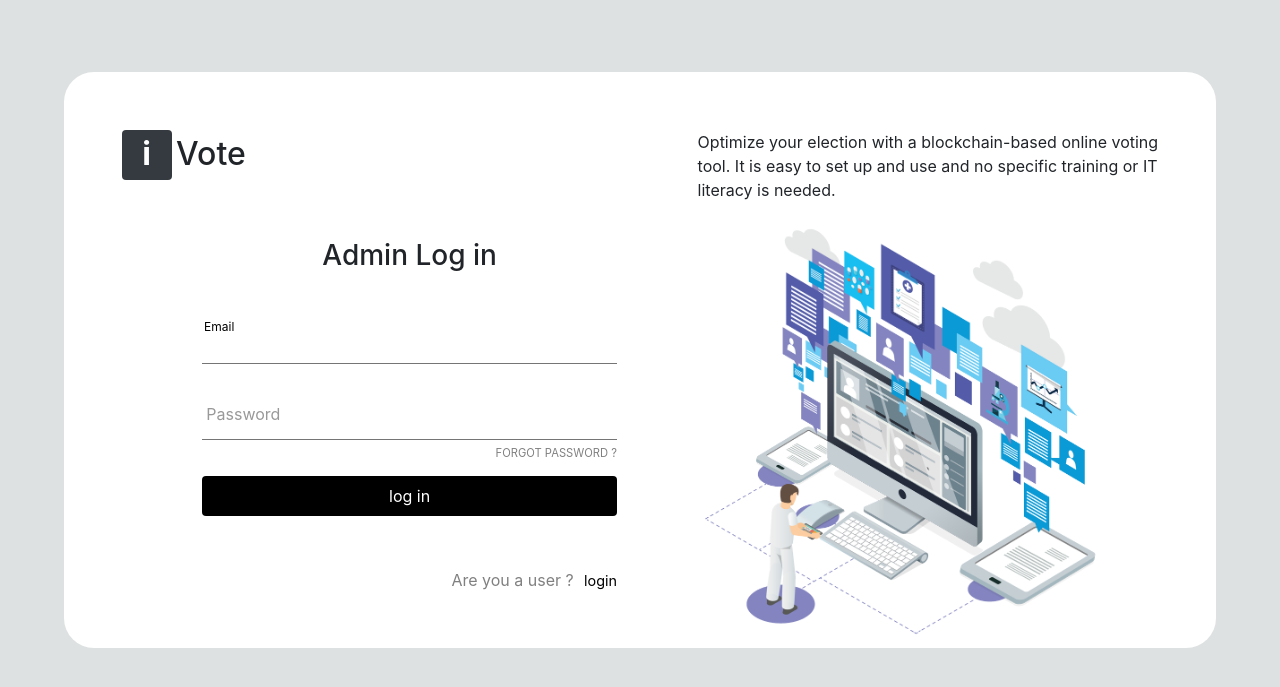
Repository: CS699-IITB-Autumn-2021/project-alpha_team
Page: http://localhost/Login.html
An editor plug-in stored every save of this project. The page is shown before and after the next save, followed by the edit.
The browser window is 1280 px wide. The pictures show the whole page.
Some web libraries are served in a nearby version. The page is served by the project's application, run on Flask 3 (app.py). Other server files are loaded and not shown.

Above is the page before, as saved 2021-10-26 18:25:10.

### IVote/templates/Login.html
<!DOCTYPE html>
<!DOCTYPE html>
<html lang="en">
<head>
    <meta charset="UTF-8">
    <meta http-equiv="X-UA-Compatible" content="IE=edge">
    <meta name="viewport" content="width=device-width, initial-scale=1.0">
    <title>adminlogin</title>

    <link rel="stylesheet" href="static/css/style1.css">
    <link rel="stylesheet" href="https://maxcdn.bootstrapcdn.com/bootstrap/4.0.0/css/bootstrap.min.css" integrity="sha384-Gn5384xqQ1aoWXA+058RXPxPg6fy4IWvTNh0E263XmFcJlSAwiGgFAW/dAiS6JXm" crossorigin="anonymous">
</head>
<body class="grey-bg">
    <div class="container">
        <div id="outside-box" class=" position-absolute white-bg w-90 h-80 t-10 l-5 b-rad-30p">
            <div id="inside-box-left" class=" position-absolute w-50 h-80 t-2 l-2 ">
                <div class=" ">
                    <div id="i-logo" class=" t-a-c bg-dark w-2 h-2 b-rad-5p d-inline-block pad-t-2px">
                        <h2 class="font-weight-bold font-w"> i</h2>
                    </div>
                    <div class=" l-2 d-inline-block">
                        <h2>Vote</h2>
                    </div>
                </div>
                <div class="t-a-c pad-5 pad-t-10">
                    <h3 class="">Admin Log in</h3>
                    <form class="login-form" action="/Login.html" method="POST">
                        <div class="group">
                            <input type="text" name="email" class="highlight mb-9" autocomplete="off" autofocus required/>
                            <label class="floating-label">Email</label>
                        </div>
                        <div class="group">
                            <input type="password"  name="password" class="highlight  mt-2"  autocomplete="off" autofocus required />
                            <label class="floating-label">Password</label>
                        </div>
                        <a href="forgotPassword.html" class="forgot-pass ">forgot password ?</a>
                        <button type="submit" class="user-login-button w-100 black-bg font-w h-20 b-rad-5p ">
                            log in
                        </button>
                    </form>

                    <div class="admin-user w-100 text-al" >
                        <span class="font-g fw-400 f-r">
                            Are you a user ?<a href="/" class="change-home">login</a>
                        </span>


                    </div>

                </div>
            </div>
            <div id="inside-box-right" class=" position-absolute w-50 h-100 l-55  b-tb-rad-30p">
                <div class=" pad-t-10 pad-lr-10">
                    <p>
                        Optimize your election with a blockchain-based online voting tool. It is easy to set up and use and no specific training or IT literacy is needed.

                    </p>

                </div>
                <div class="h-50">
                    <img src="static/pngwing.com.png" alt="" class="b-tb-rad-30p" style="max-width: 70%;
                min-height: auto; margin-left: 10%; margin-top:1%;  ">
                </div>


            </div>
        </div>

      </div>


    <script src="https://code.jquery.com/jquery-3.2.1.slim.min.js" integrity="sha384-KJ3o2DKtIkvYIK3UENzmM7KCkRr/rE9/Qpg6aAZGJwFDMVNA/GpGFF93hXpG5KkN" crossorigin="anonymous"></script>
    <script src="https://cdnjs.cloudflare.com/ajax/libs/popper.js/1.12.9/umd/popper.min.js" integrity="sha384-ApNbgh9B+Y1QKtv3Rn7W3mgPxhU9K/ScQsAP7hUibX39j7fakFPskvXusvfa0b4Q" crossorigin="anonymous"></script>
    <script src="https://maxcdn.bootstrapcdn.com/bootstrap/4.0.0/js/bootstrap.min.js" integrity="sha384-JZR6Spejh4U02d8jOt6vLEHfe/JQGiRRSQQxSfFWpi1MquVdAyjUar5+76PVCmYl" crossorigin="anonymous"></script>
</body>
</html>

### IVote/app.py
from posixpath import lexists
import re
import sqlite3
import random
import os.path
from flask import Flask, render_template, request,redirect,session
from flask.helpers import url_for
from datetime import date
from datetime import datetime
from pathlib import Path
from werkzeug.utils import redirect
from generateResult import generateResults
from blockchainImp import Block


app = Flask(__name__)
app.secret_key="ivote"

conn = sqlite3.connect("ivote.db")
c = conn.cursor()

c.execute("CREATE TABLE IF NOT EXISTS Voters(name TEXT,email TEXT,cardno TEXT,password TEXT,voted TEXT)")
c.execute("CREATE TABLE IF NOT EXISTS admin(email TEXT,password TEXT)")
c.execute("CREATE TABLE IF NOT EXISTS election(electionid INTEGER,topic TEXT,startdate TEXT,enddate TEXT,numcand INTEGER,ended Text)")
c.execute("CREATE TABLE IF NOT EXISTS candidate(name TEXT,electionid INTEGER,candidateid TEXT,age INTEGER,mobno INTEGER,email TEXT)")
c.execute("CREATE TABLE IF NOT EXISTS result(election_id Text,cand_id Text, noofvotes Number)")
c.execute("SELECT electionid FROM election")
r = c.fetchall()
for i in r:
    fle = Path("static/blockchain/"+str(i[0])+".txt")
    c.execute("CREATE TABLE IF NOT EXISTS election"+str(i[0])+"(secret_code TEXT ,name_of_blockchain TEXT,voter_id TEXT,vote_given TEXT)")
    fle.touch(exist_ok=True)
    f = open(fle)

conn.commit()
conn.close()


@app.route('/',methods=['GET','POST'])
def login():
    r = ""
    if request.method=="POST":
        email = request.form["email"]
        password = request.form["password"]
        conn = sqlite3.connect("ivote.db")
        c = conn.cursor()
        c.execute("SELECT * FROM Voters WHERE email='"+email+"' and password='"+password+"'")
        r = c.fetchall()
        for i in r:
            if email==i[1] and password == i[3]:
                #session[]
                return redirect(url_for("voter"))

    return render_template('home.html')


@app.route('/signup.html',methods=['GET','POST'])
def signup():
    if request.method=="POST":
        name = request.form["name"]
        email = request.form["email"]
        cardno = request.form["id"]
        password = request.form["password"]
        confirm = request.form["confirm"]
        if password==confirm:
            conn = sqlite3.connect("ivote.db")
            c = conn.cursor()
            c.execute("INSERT INTO Voters VALUES('"+name+"','"+email+"','"+cardno+"','"+password+"','True')")
            conn.commit()
            conn.close()
            return  render_template('login.html')
    return  render_template('signup.html')

@app.route('/Login.html',methods=['GET','POST'])
def adminlogin():
    r = ""
    if request.method=="POST":
        email = request.form["email"]
        password = request.form["password"]
        conn = sqlite3.connect("ivote.db")
        c = conn.cursor()
        c.execute("SELECT * FROM admin WHERE email='"+email+"' and password='"+password+"'")
        r = c.fetchall()
        for i in r:
            if email==i[0] and password == i[1]:
                return redirect(url_for("admin"))
    return  render_template('Login.html')


@app.route('/forgotPassword.html',methods=['GET','POST'])
def forgot():
    if request.method=="POST":
        return  render_template('login.html')
    return  render_template('forgotPassword.html')




@app.route('/admin.html',methods = ['GET','POST'])
def admin():
    msg = None
    if request.method=="POST":
        id = request.form['id']
        topic = request.form['topic']
        start = request.form['startdate']
        end = request.form['enddate']
        numcand = request.form['numcand']

        conn = sqlite3.connect("ivote.db")
        c = conn.cursor()
        c.execute("SELECT * from election WHERE electionid = '"+id+"'")
        r = c.fetchall()
        if len(r)>=1:
            msg = "Election with this id already exist"
        else :
            c.execute("INSERT INTO election VALUES('"+id+"','"+topic+"','"+start+"','"+end+"','"+numcand+"','T')")
            conn.commit()
            conn.close()
            msg = "Election created"
    return render_template('admin.html',msg = msg)

@app.route("/addcandidate.html",methods = ['GET','POST'])
def add():
    if request.method=="POST":
        name = request.form['name1']
        id = request.form['id']
        candid = request.form['candid']
        age = request.form['age']
        mobile = request.form['mobile']
        email = request.form['email']
        conn = sqlite3.connect("ivote.db")
        c = conn.cursor()
        c.execute("INSERT INTO candidate VALUES('"+name+"','"+id+"','"+candid+"','"+age+"','"+mobile+"','"+email+"')")
        conn.commit()
        conn.close()
    return render_template('addcandidate.html')



@app.route("/results.html",methods=['GET','POST'])
def result():
    msg = None
    print("Working")
    if request.method=="POST":

        id = request.form['id']
        conn = sqlite3.connect("ivote.db")
        c = conn.cursor()
        c.execute("SELECT * from election WHERE electionid = '"+id+"'")
        r = c.fetchall()
        if len(r) >= 1:
            print("Working")
            return redirect(url_for("viewresults",id = id))

        else:
            msg = "Please enter correct ID"
    return render_template('results.html',msg = msg)

@app.route("/election",methods=['GET','POST'])
def election():
    id = request.form.get("id",None)
    return render_template('election.html')


@app.route("/voter.html",methods=['GET','POST'])
def voter():
    if request.method=="POST":
        id = request.form['id']
        conn = sqlite3.connect("ivote.db")
        c = conn.cursor()
        c.execute("SELECT * from election WHERE electionid = '"+id+"'")
        r = c.fetchall()
        if len(r) >= 1:
            return redirect(url_for("showelectionvoter",id = id))
    return render_template('voter.html')

@app.route("/voterresult.html",methods=['GET','POST'])
def results():
    if request.method=="POST":
        id = request.form['id']
        conn = sqlite3.connect("ivote.db")
        c = conn.cursor()
        c.execute("SELECT * from result WHERE election_id = '"+str(id)+"'")
        r = c.fetchall()
        if len(r) >= 1:
            return redirect(url_for("showresultvoter",id = id))
    return render_template('voterresult.html')





@app.route("/view",methods=["GET","POST"])
def viewresults():
    id = request.form.get('id',None)
    print(id)
    return render_template("view.html")


@app.route("/logout")
def logout():
    return redirect(url_for("login"))

@app.route("/genResult.html",methods=["GET","POST"])
def genresult():
    msg=""
    if request.method=="POST":
        GR = generateResults()
        id = request.form['id1']
        msg=GR.genResult(id)

    return render_template("genResult.html",msg=msg)

@app.route("/viewblockchain.html")
def viewblockchain():
    conn = sqlite3.connect("ivote.db")
    c = conn.cursor()
    c.execute("SELECT electionid FROM election")
    r = c.fetchall()
    allbc=[]
    for i in r:
        fle = Path("static/blockchain/"+str(i[0])+".txt")
        allbc.append("static/blockchain/"+str(i[0])+".txt")
        fle.touch(exist_ok=True)
        f = open(fle)
    conn.commit()
    conn.close()
    return render_template('viewblockchain.html',allbc=allbc)

@app.route("/Voting.html")
def Vote():
    if request.method=="POST":
        id = request.form['id']
        id2 = request.form['id2']
        conn = sqlite3.connect("ivote.db")
        c = conn.cursor()
        c.execute("CREATE TABLE IF NOT EXISTS election"+id2+"(secret_code TEXT ,name_of_blockchain TEXT,voter_id TEXT,vote_given TEXT)")
        r1 = random.randint(0, 100000)
        B=Block(1,0,0,0)
        hash=B.addBlock(r1,str(id),1,str(id2))
        return render_template('logout',r1=r1,hash=hash)
    return render_template('Voting.html')

@app.route("/showelectionvoter<int:id>")
def showelectionvoter(id):

    p=str(id)
    conn = sqlite3.connect("ivote.db")
    c = conn.cursor()
    c.execute("SELECT * from election WHERE electionid = '"+p+"'")
    r = c.fetchall()
    return render_template("showelectionvoter.html",r =r )

@app.route("/showresultvoter<int:id>")
def showresultvoter(id):

    p=str(id)
    conn = sqlite3.connect("ivote.db")
    c = conn.cursor()
    c.execute("SELECT * from result WHERE election_id = '"+p+"'")
    r = c.fetchall()
    return render_template("showresultvoter.html",r =r )



if __name__=="__main__":
    app.run(debug=True)

### IVote/static/blockchain/1.txt
dsfef

### IVote/static/blockchain/2.txt


 id=1234
 myhash=967507e9a11d0e896d3ba906af89534cd4bd4ee4252bc8703def6f363402cd26
 prevhash=0
 time=Wed Oct 27 14:02:54 2021

 id=123455
 myhash=95343ca67e3e242d9cf5d56a87234376eb2e5b5792e8c636fbdfd39655d0117f
 prevhash=967507e9a11d0e896d3ba906af89534cd4bd4ee4252bc8703def6f363402cd26
 time=Wed Oct 27 14:04:32 2021

### IVote/static/blockchain/5.txt


 id=123455
 myhash=b0814f664ae2543f1c75914ef42a36e5a659c1bbb252c5f9f642836df09e2d6b
 prevhash=0
 time=Wed Oct 27 14:17:14 2021

### IVote/static/css/style1.css
body{
    overflow-y:scroll;
}



/* div sizes */
.w-2{
    width: 50px;
}
.w-40{
    width: 40%;
}
.w-50{
    width: 50%;
}
.w-90{
    width: 90%;
}
.w-100{
    width: 100%;
}

.h-2{
    height: 50px;
}
.h-20{
    height: 40px;
}
.h-30{
    height: 30%;
}
.h-50{
    height: 50%;
}
.h-80{
    height: 80%;
}
.h-100{
    height: 100%;
}


/* margin */
.t-2{
    top: 10%;
}
.t-10{
    top: 10%;
}
.l-2{
    left: 5%;
}
.l-5{
    left: 5%;
}
.l-30{
    left: 30%;
}
.l-55{
    left: 50%;
}
.mt-2{
    margin-top: 2%;
}
.mb-5{
    margin-bottom: 5%;
}
.mb-9{
    margin-bottom: 9%;
}

/* padding */
.pad-5{
    padding: 5%;
}
.pad-t-2px{
    padding-top: 5px;
}
.pad-t-10{
    padding-top: 10%;
}
.pad-l-5{
    padding-left: 5%;
}
.pad-lr-10{
    padding-left: 10%;
    padding-right: 10%;
}
.pad-b-1p{
    padding-bottom: 1px;

}

/* radius */
.b-rad-5p{
    border-radius: 4px;
}
.b-rad-30p{
    border-radius: 30px;
}
.b-tb-rad-30p{
    border-top-right-radius: 30px;
    border-bottom-right-radius: 30px;
}

/* colors */
.grey-bg{
    background-color: #DEE1E2;
}
.white-bg{
    background-color: white;
}
.black-bg{
    background-color: black;
}

.font-w{
    color:white;
}
.font-g{
    color: gray;
}

/* text */
.t-a-c{
    text-align: center;
    justify-content: center;
  align-items: center;
}
.fw-400{
    font-weight: 400;
}
.text-al{
    text-align: right;
}
/*   form  */
.login-form {

	margin: 8% auto;
	padding: 4% 10% 2% 10%;
	background: white;

}
.highlight{
    border: none;
    border-bottom: 1px solid #757575;
    width: 100%;

    font-size: 18px;
}
.group{
    position: relative;
}

input:focus { outline: none; }
label{
    color: #999;
    position: absolute;
    left: 1%;
    pointer-events: none;

	transition: all 0.2s ease;
}
input:focus ~ .floating-label,
input:not(:focus):valid ~ .floating-label {

  transform: scale(.75); left: -3px;
	/* font-size: 14px; */
	color:black;


    top:-30%;
}
/* buttons */
.user-login-button{
    cursor: pointer;
    border: 0;

}

.forgot-pass{
    display: block;
    margin: 0;
    padding: 5px 0 15px 0;
    max-width: 140px;
    width: auto;
    height: 10%;
    margin: 0 auto;
    float: right;
    text-align: right;
    text-transform: uppercase;
    font-size: .7em;
    color: gray;
    font-weight: 400;
}
.forgot-pass:hover{
    text-decoration: none;
}
.change-home{
    color:black;
    font-weight: 400;
    font-size: .9em;
    margin-left: 2%;
    margin-right: 10%;
}
.change-home:hover{
    text-decoration: none;
}
#inside-box-left{
    width: 50%;
}

@media only screen and (max-width: 1200px) {
    #outside-box-forgot{
        left: 20%;
        width: 60%;

    }
}

@media only screen and (max-width: 800px) {
    #inside-box-right{
        visibility: hidden;
    }
    #inside-box-left{
        left: 10%;
        width: 80% !important;

    }
    #outside-box-forgot{
        left: 5%;
        width: 90%;

    }
  }
  @media only screen and (max-height: 640px){
      #outside-box{
          height:100%;}
    #outside-box-forgot{
        height:100%;
    }

  }

After the next save:
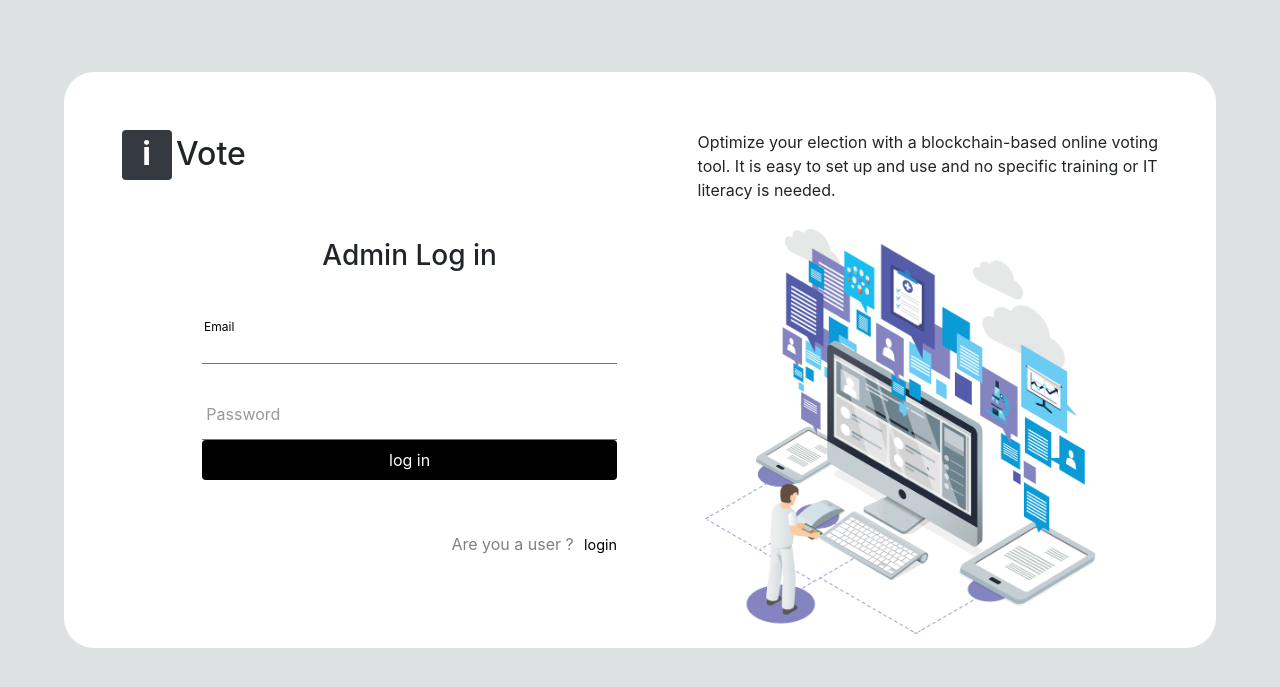
Saved 56 min 9 s later.
--- a/IVote/templates/Login.html
+++ b/IVote/templates/Login.html
@@ -33,7 +33,7 @@
                             <input type="password"  name="password" class="highlight  mt-2"  autocomplete="off" autofocus required />
                             <label class="floating-label">Password</label>
                         </div>
-                        <a href="forgotPassword.html" class="forgot-pass ">forgot password ?</a>
+
                         <button type="submit" class="user-login-button w-100 black-bg font-w h-20 b-rad-5p ">
                             log in
                         </button>
